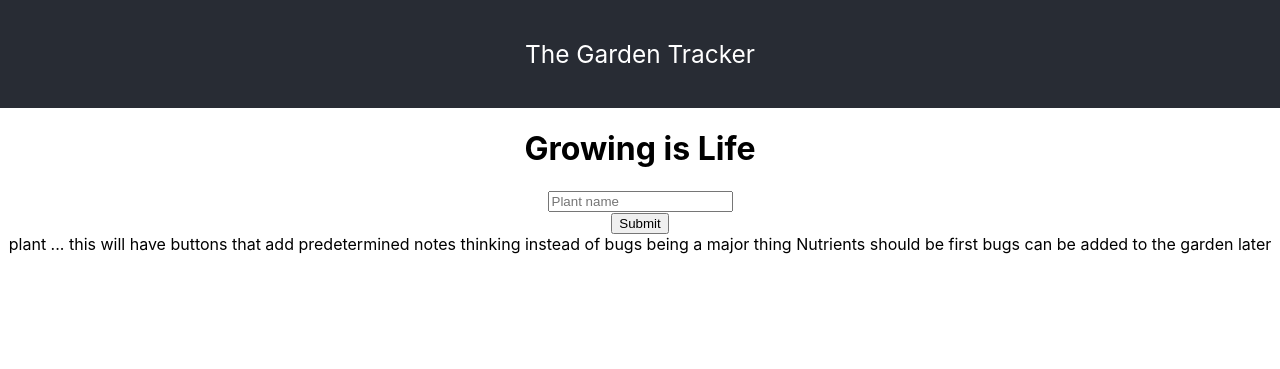
Repository: charliejp0311/gardentracker
Page: /
The author's editor kept a copy of each file at every save. The page is drawn from the files as they stood at one save, then again after the next save.
The browser window is 1280 px wide. The pictures show the whole page.
The project was rebuilt for these pictures with package versions that can differ from the ones it lists, and the page was loaded fresh each time.

Above is the page before, as saved 2020-10-28 08:13:08.

### public/index.html
<!DOCTYPE html>
<html lang="en">
  <head>
    <meta charset="utf-8" />
    <link rel="icon" href="%PUBLIC_URL%/sun-svgrepo-com.svg" />
    <meta name="viewport" content="width=device-width, initial-scale=1" />
    <meta name="theme-color" content="#000000" />
    <meta
      name="description"
      content="Web site created using create-react-app"
    />
    <link rel="apple-touch-icon" href="%PUBLIC_URL%/logo192.png" />
    <!--
      manifest.json provides metadata used when your web app is installed on a
      user's mobile device or desktop. See https://developers.google.com/web/fundamentals/web-app-manifest/
    -->
    <link rel="manifest" href="%PUBLIC_URL%/manifest.json" />
    <!--
      Notice the use of %PUBLIC_URL% in the tags above.
      It will be replaced with the URL of the `public` folder during the build.
      Only files inside the `public` folder can be referenced from the HTML.

      Unlike "/favicon.ico" or "favicon.ico", "%PUBLIC_URL%/favicon.ico" will
      work correctly both with client-side routing and a non-root public URL.
      Learn how to configure a non-root public URL by running `npm run build`.
    -->
    <title>Track Your Garden</title>
  </head>
  <body>
    <noscript>You need to enable JavaScript to run this app.</noscript>
    <div id="root"></div>
    <!--
      This HTML file is a template.
      If you open it directly in the browser, you will see an empty page.

      You can add webfonts, meta tags, or analytics to this file.
      The build step will place the bundled scripts into the <body> tag.

      To begin the development, run `npm start` or `yarn start`.
      To create a production bundle, use `npm run build` or `yarn build`.
    -->
  </body>
</html>

### src/index.js
import React from 'react';
import ReactDOM from 'react-dom';
import './index.css';
import App from './App';
import reportWebVitals from './reportWebVitals';
import reducer from './reducers/index'
import { Provider } from  'react-redux';
import { applyMiddleware, createStore } from 'redux';
import thunk from 'redux-thunk';

let store = createStore(reducer,applyMiddleware(thunk))

ReactDOM.render(
  <Provider store={store}>
    <App />
  </Provider>,
  document.getElementById('root')
);

// If you want to start measuring performance in your app, pass a function
// to log results (for example: reportWebVitals(console.log))
// or send to an analytics endpoint. Learn more: https://bit.ly/CRA-vitals
reportWebVitals();

### src/App.js
import './App.css';
import CreateGarden from './components/CreateGarden'

function App() {
  return (
    <div className="App">
      <header className="App-header">
        The Garden Tracker
      </header>
        <CreateGarden />
    </div>
  );
}

export default App;

### src/reducers/index.js
import { combineReducers } from 'redux';
import garden from './GardenReducer'

export default combineReducers({
    garden
})

### src/components/CreateGarden.js
import React, {Component} from 'react';
import { connect } from 'react-redux';
import Garden from './Garden';


class CreateGarden extends Component{

    state = {
        plants: [],
        notes: [],
        nutrients: []
    }

    render(){
        return(
            <div>
                <Garden
                plants={this.state.plants}
                notes={this.state.notes}
                bugs={this.state.nutrients} />
            </div>
        )
    };
};



export default connect()(CreateGarden);

### src/reducers/GardenReducer.js
export default function garden (state = {
    plants: []
},action){
    switch (action.type) {
        case 'ADD_GARDEN':

            break;
        case 'REMOVE_GARDEN':

            break;

        default:
            return state;
    }
};

### src/components/Garden.js
import React, {Component} from 'react';
import CreatePlant from './CreatePlant';
import Plant from './Plant';
import {connect} from 'react-redux';


class Garden extends Component{

    state = {
        plants: [],
    }

    render(){
        // let allPlants = this.state.plants.map(plant=>{return(
        //     <Plant key={plant.id} plant={plant} notes={this.props.notes} nutrients={this.props.nutrients} />
        // )})
        return(
            <div className='garden-container' >
                <h1>Growing is Life</h1>
                <CreatePlant  />
                <Plant notes={this.props.notes} nutrients={this.props.nutrients}/>
                {/* {allPlants} */}
            </div>
        )
    }
}
const mapStateToProps=state=>{
    return{
        plants: state.plants,
        notes: state.notes,
        nutrients: state.nutrients
    }
}

export default connect(mapStateToProps)(Garden);

### src/components/CreatePlant.js
import React from 'react';

export default function CreatePlant(props){
    return(
        <form onSubmit={props.handleSubmit}>
            <input type='text' onChange={props.handleChange} value={props.state} placeholder='Plant name'/><br/>
            <input type='submit'/>
        </form>
    )
}

### src/components/Plant.js
import { Component } from "react";

class Plant extends Component {
    state = {
        notes: [],
        nutrients: []
    }

    render(){
        return(
            <div>plant ... this will have buttons that add predetermined
            notes thinking instead of bugs being a major thing Nutrients
            should be first bugs can be added to the garden later</div>
        )
    }
}

export default Plant;

Loaded but not shown: src/index.css (common file); src/reportWebVitals.js (common file); src/App.css (common file)

After the next save:
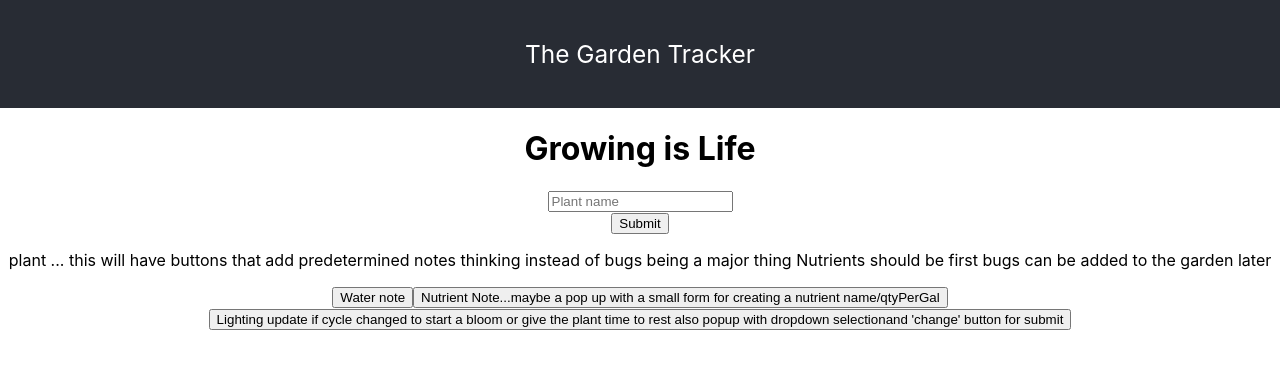
Saved 10 min 52 s later.
--- a/src/components/Plant.js
+++ b/src/components/Plant.js
@@ -8,9 +8,15 @@ class Plant extends Component {
 
     render(){
         return(
-            <div>plant ... this will have buttons that add predetermined
-            notes thinking instead of bugs being a major thing Nutrients
-            should be first bugs can be added to the garden later</div>
+            <div>
+                <p>plant ... this will have buttons that add predetermined
+                notes thinking instead of bugs being a major thing Nutrients
+                should be first bugs can be added to the garden later</p>
+                <button>Water note</button>
+                <button>Nutrient Note...maybe a pop up with a small form for creating a nutrient name/qtyPerGal</button>
+                <button>Lighting update if cycle changed to start a bloom or give the plant time to rest also popup with dropdown selectionand 'change' button for submit</button>
+
+            </div>
         )
     }
 }
